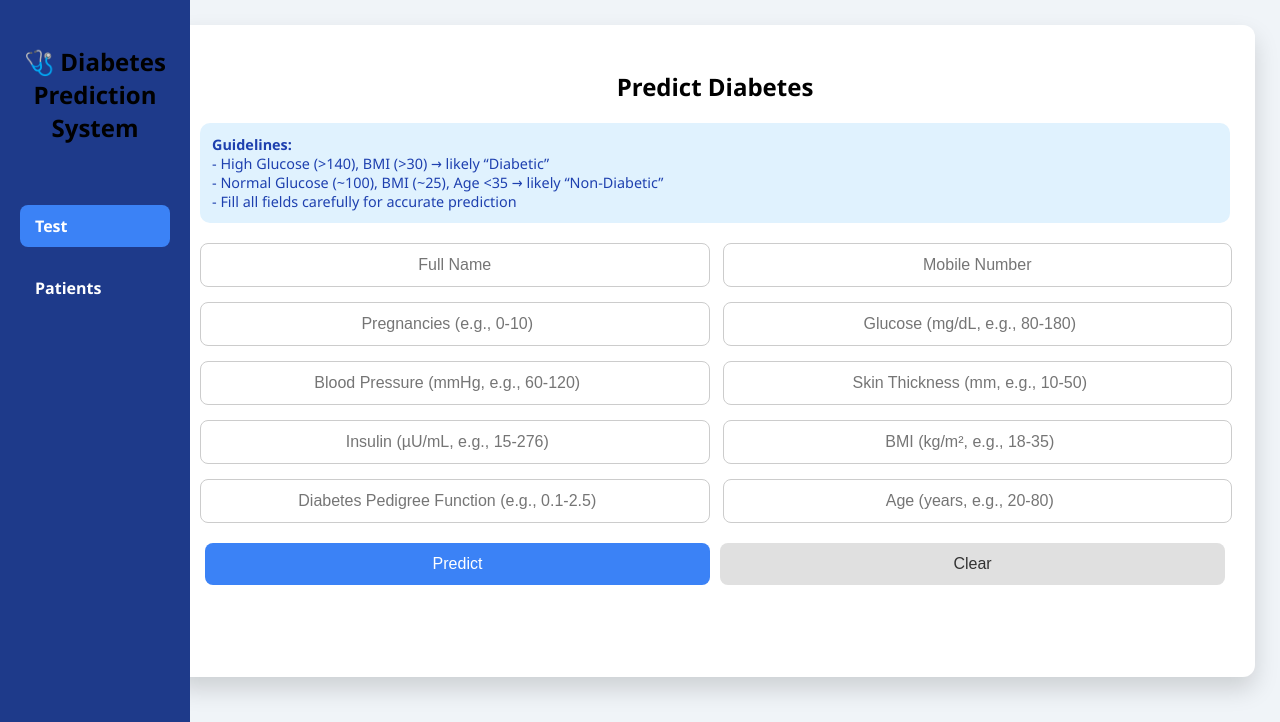
Repository: Aman14150/diabetes-prediction-system
Page: http://localhost/
An editor plug-in stored every save of this project. The page is shown before and after a run of saves, followed by the edit.
The browser window is 1280 px wide. The pictures show the whole page.
The page is served by the project's application, run on Flask 3 (app.py).

Above is the page before, as saved 2025-10-07 20:17:48.

### templates/index.html
<!DOCTYPE html>
<html lang="en">

<head>
    <meta charset="UTF-8">
    <title>Diabetes Prediction</title>
    <link rel="stylesheet" href="{{ url_for('static', filename='style.css') }}">
</head>

<body>
    <div class="container">
        <aside class="sidebar">
            <h2 id="menu">🩺 Diabetes Prediction System</h2>
            <ul>
                <li><a href="/" class="{% if not show_patients %}active{% endif %}">Test</a></li>
                <li><a href="/patients" class="{% if show_patients %}active{% endif %}">Patients</a></li>
            </ul>
        </aside>

        <main class="content">
            {% if not show_patients %}
            <!-- Test Form -->
            <div class="card">
                <h2>Predict Diabetes</h2>
                <div class="guidelines">
                    <strong>Guidelines:</strong><br>
                    - High Glucose (>140), BMI (>30) → likely “Diabetic”<br>
                    - Normal Glucose (~100), BMI (~25), Age <35 → likely “Non-Diabetic”<br>
                        - Fill all fields carefully for accurate prediction
                </div>

                <form id="diabetesForm" action="/predict" method="post">
                    <input type="text" name="name" placeholder="Full Name" required>
                        <input type="tel" name="mobile" placeholder="Mobile Number" required>
                        <input type="number" name="Pregnancies" placeholder="Pregnancies (e.g., 0-10)" step="any" required>
                        <input type="number" name="Glucose" placeholder="Glucose (mg/dL, e.g., 80-180)" step="any" required>
                        <input type="number" name="BloodPressure" placeholder="Blood Pressure (mmHg, e.g., 60-120)" step="any" required>
                        <input type="number" name="SkinThickness" placeholder="Skin Thickness (mm, e.g., 10-50)" step="any" required>
                        <input type="number" name="Insulin" placeholder="Insulin (µU/mL, e.g., 15-276)" step="any" required>
                        <input type="number" name="BMI" placeholder="BMI (kg/m², e.g., 18-35)" step="any" required>
                        <input type="number" name="DiabetesPedigreeFunction" placeholder="Diabetes Pedigree Function (e.g., 0.1-2.5)" step="any" required>
                        <input type="number" name="Age" placeholder="Age (years, e.g., 20-80)" step="any" required>
                    <div class="button-group">
                        <button type="submit" id="predictBtn">Predict</button>
                        <button type="button" id="clearBtn">Clear</button>
                    </div>

                    {% if prediction_text %}
                    <div class="prediction">{{ prediction_text }}</div>
                    {% else %}
                    <div class="prediction">&nbsp;</div>
                    {% endif %}
                </form>
            </div>
            {% else %}
            <!-- Patients Table -->
            <div class="card">
                <h2>Patients List</h2>
                <table>
                    <thead>
                        <tr>
                            <th>Sr. No.</th> <!-- Serial Number -->
                            {% for col in patient_columns[1:] %} <!-- Skip DB ID -->
                            <th>{{ col|capitalize }}</th>
                            {% endfor %}
                            <th>Action</th>
                        </tr>
                    </thead>
                    <tbody>
                        {% for row in patient_data %}
                        <tr>
                            <td>{{ loop.index }}</td> <!-- Sr. No. using Jinja loop.index -->
                            {% for item in row[1:] %} <!-- Skip DB ID -->
                            <td>{{ item }}</td>
                            {% endfor %}
                            <td>
                                <form action="{{ url_for('delete_patient', patient_id=row[0]) }}" method="post"
                                    style="display:inline;">
                                    <button type="submit" class="delete-btn">Delete</button>
                                </form>
                            </td>
                        </tr>
                        {% endfor %}
                    </tbody>
                </table>
            </div>

            {% endif %}
        </main>
    </div>

    <script>
        document.getElementById('clearBtn')?.addEventListener('click', function () {
            document.getElementById('diabetesForm')?.reset();
        });
    </script>
</body>

</html>

### app.py
from flask import Flask, render_template, request, redirect, url_for
import joblib
import pandas as pd
import mysql.connector

app = Flask(__name__)

# MySQL Connection
db = mysql.connector.connect(
    host="127.0.0.1",
    port=3307,
    user="amanR",
    password="Mysql@150",
    database="diabetes_db"
)
cursor = db.cursor()
print("Database Connected successfully ✅")

# Load model & scaler
model = joblib.load("diabetes_model.pkl")
scaler = joblib.load("scaler.pkl")

@app.route('/')
def home():
    return render_template('index.html', prediction_text=None, show_patients=False)

@app.route('/predict', methods=['POST'])
def predict():
    try:
        # Personal info
        name = request.form['name']
        mobile = request.form['mobile']

        # Health data
        data = [float(request.form[key]) for key in [
            "Pregnancies","Glucose","BloodPressure","SkinThickness",
            "Insulin","BMI","DiabetesPedigreeFunction","Age"
        ]]
        input_df = pd.DataFrame([data], columns=[
            "Pregnancies","Glucose","BloodPressure","SkinThickness",
            "Insulin","BMI","DiabetesPedigreeFunction","Age"
        ])
        scaled_input = scaler.transform(input_df)
        prediction = model.predict(scaled_input)[0]
        result = "Diabetic" if prediction == 1 else "Non-Diabetic"

        # Save to MySQL
        sql = """INSERT INTO patients
                 (name, mobile, pregnancies, glucose, blood_pressure, skin_thickness, insulin, bmi, dpf, age, prediction)
                 VALUES (%s,%s,%s,%s,%s,%s,%s,%s,%s,%s,%s)"""
        cursor.execute(sql, (name, mobile, *data, result))
        db.commit()

        return render_template('index.html', prediction_text=f"Prediction: 🩺 {result}", show_patients=False)

    except Exception as e:
        return render_template('index.html', prediction_text=f"Error: {str(e)}", show_patients=False)

@app.route('/patients')
def patients():
    cursor.execute("SELECT * FROM patients")
    rows = cursor.fetchall()
    columns = [desc[0] for desc in cursor.description]
    return render_template('index.html', patient_data=rows, patient_columns=columns, show_patients=True)

@app.route('/delete/<int:patient_id>', methods=['POST'])
def delete_patient(patient_id):
    cursor.execute("DELETE FROM patients WHERE id=%s", (patient_id,))
    db.commit()
    return redirect(url_for('patients'))

if __name__ == '__main__':
    app.run(debug=True)

### static/style.css
body {
    font-family: 'Segoe UI', Tahoma, Geneva, Verdana, sans-serif;
    margin: 0;
    padding: 0;
    background: linear-gradient(135deg,#f0f4f8,#d9e2ec);
}

.container {
    display: flex;
    min-height: 100vh;
}

.sidebar {
    width: 150px;
    background: #1e3a8a;
    color: white;
    padding: 25px 20px;
    display: flex;
    flex-direction: column;
    position: fixed;
    top: 0;
    left: 0;
    height: 100vh;
    overflow-y: auto;
}


.sidebar h2 {
    text-align: center;
    margin-bottom: 25px;
    font-size: 1.5rem;
}

.sidebar ul {
    list-style: none;
    padding: 0;
    flex: 1;
}

.sidebar ul li {
    margin: 20px 0;
}

.sidebar ul li a {
    color: white;
    text-decoration: none;
    font-weight: bold;
    display: block;
    padding: 10px 15px;
    border-radius: 8px;
    transition: background 0.3s;
}

.sidebar ul li a.active, .sidebar ul li a:hover {
    background: #3b82f6;
}

.content {
     flex: 1;
    margin-left: 150px;
    padding: 25px;
    background: #f0f4f8;
}

.card {
    background: white;
    padding: 25px;
    border-radius: 12px;
    box-shadow: 0 12px 25px rgba(0,0,0,0.15);
    margin-bottom: 20px;
}

.sidebar.h2{
    text-align: center;
    color: #2fff00;
}

h2 {
    text-align: center;
    color: #000000;
}


.guidelines {
    background-color: #e0f2fe;
    color: #1e40af;
    padding: 12px;
    border-radius: 10px;
    margin-bottom: 20px;
    font-size: 0.9rem;
    text-align: left;
}

form {
    display: grid;
    grid-template-columns: 1fr 1fr;
    gap: 15px;
}

input {
    width: 100%;
    padding: 12px 0px;
    border-radius: 8px;
    border: 1px solid #ccc;
    font-size: 1rem;
    text-align: center;
}

input:focus {
    outline: none;
    border-color: #3b82f6;
    box-shadow: 0 0 5px rgba(59,130,246,0.5);
}

.button-group {
    grid-column: span 2;
    display: flex;
    justify-content: space-between;
}

button {
    padding: 12px;
    font-size: 1rem;
    border-radius: 8px;
    border: none;
    cursor: pointer;
    flex: 1;
    margin: 5px;
    transition: background-color 0.3s ease;
}

#predictBtn {
    background-color: #3b82f6;
    color: white;
}

#predictBtn:hover {
    background-color: #1e40af;
}

#clearBtn {
    background-color: #e0e0e0;
    color: #333;
}

#clearBtn:hover {
    background-color: #bdbdbd;
}

.prediction {
    grid-column: span 2;
    text-align: center;
    margin-top: 20px;
    font-size: 1.2rem;
    font-weight: bold;
    color: #3b82f6;
}

table {
    width: 100%;
    border-collapse: collapse;
}

table, th, td {
    border: 1px solid #ccc;
}

th, td {
    padding: 12px;
    text-align: center;
}

th {
    background: #3b82f6;
    color: white;
}

.delete-btn {
    background: #ef4444;
    color: white;
    padding: 6px 12px;
    border-radius: 6px;
    border: none;
    cursor: pointer;
    transition: 0.3s;
}

.delete-btn:hover {
    background: #b91c1c;
}

After the next 2 saves:
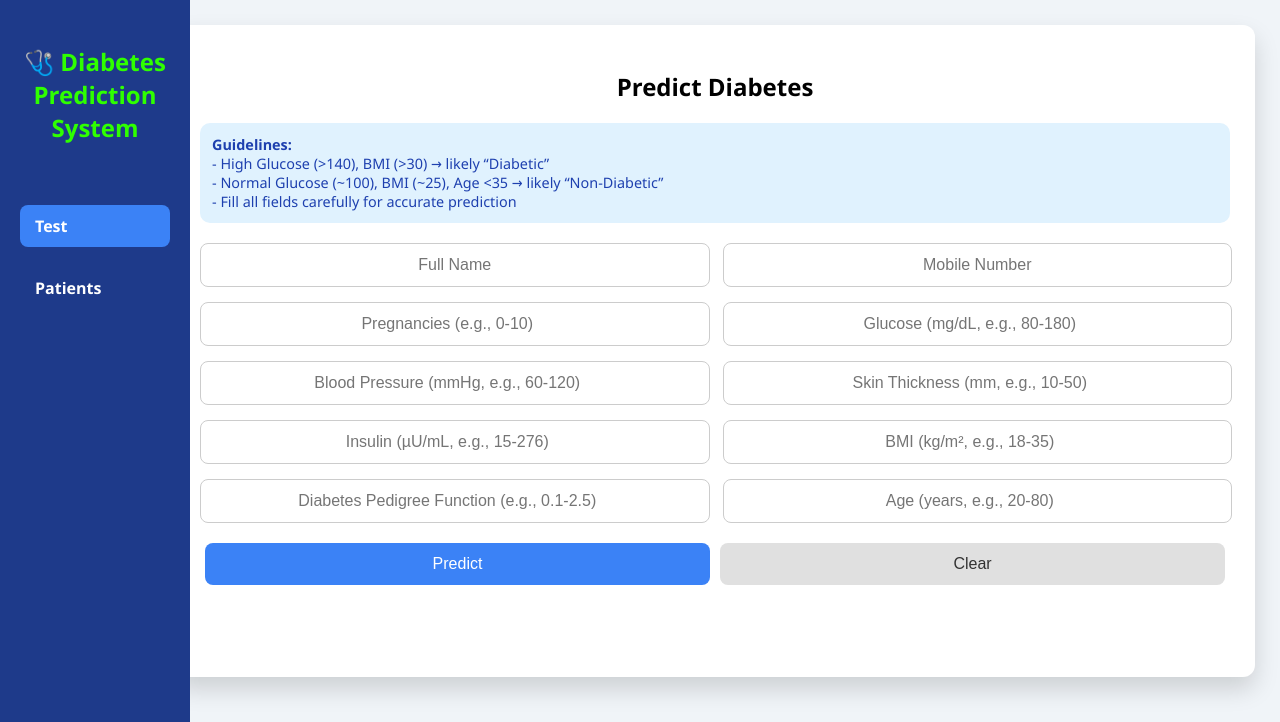
The 2 saves are shown as one change because they came seconds apart.
The last was saved 12 s later.
--- a/static/style.css
+++ b/static/style.css
@@ -70,7 +70,7 @@ body {
     margin-bottom: 20px;
 }
 
-.sidebar.h2{
+#menu{
     text-align: center;
     color: #2fff00;
 }
